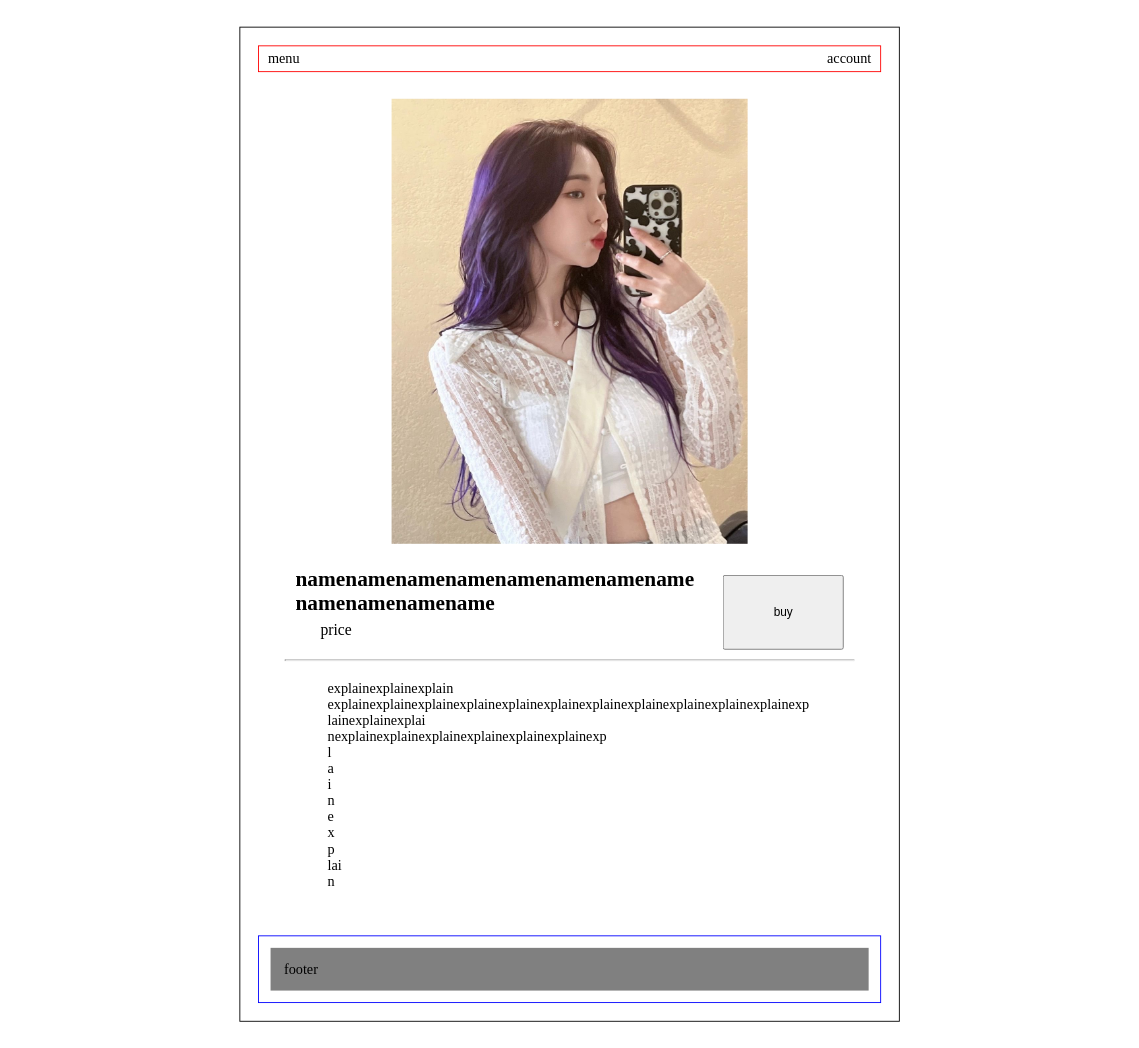
Repository: dongwoon1/cal
Page: http://localhost/calDWC/view.jsp
An editor plug-in stored every save of this project. The page is shown before and after the next save, followed by the edit.
The browser window is 1280 px wide. The pictures show the whole page, at 89% of full size.
The page is served by Tomcat 9.

Above is the page before, as saved 2025-03-20 04:24:50.

### calProject/calDWC/src/main/webapp/view.jsp
<%@ page language="java" contentType="text/html; charset=UTF-8"
    pageEncoding="UTF-8"%>
<!DOCTYPE html>
<html>

	<head>
		<meta charset="UTF-8">
		<title>バイバイハンバイ</title>
		<link href="css/main.css" rel="stylesheet">
		<link href="css/view.css" rel="stylesheet">
	</head>

	<body>
	<main>

		<header>
		   	<span>menu</span>
		   	<span>account</span>
			<!--
			 <na>
				<li>outer</li>
				<li>shirts</li>
				<li>pants</li>
				<li>shoes</li>
				<li>accessories</li>
				<li>account</li>
			 </ul>
		    -->
	  	</header>

		<section>
			<div class="view-container">

				<div class="img-box">
					<img src="img/KakaoTalk_20220502_135428200_03.jpg" alt="">
				</div>

				<div class="content-box">
					<div>
						<div id="name-box"><h2>namenamenamenamenamenamenamenamenamenamenamename</h2></div>
						<div id="price-box">
							<p>price</p>
						</div>
					</div>

					<div id="btn-box">
						<button>buy</button>
					</div>

					<hr>

					<div>
						<p>explainexplainexplain
							explainexplainexplainexplainexplainexplainexplainexplainexplainexplainexplainexplainexplainexplai
							nexplainexplainexplainexplainexplainexplainexp
							l
							a
							i
							n
							e
							x
							p
							lai
							n</p>
					</div>
				</div>

			</div>
	  	</section>

		<footer>
		 	<div>footer</div>
		</footer>

	</main>
	</body>

</html>

### calProject/calDWC/src/main/webapp/css/main.css
@charset "UTF-8";

*{
	  padding: 0; margin: 0;
}

main{
    margin: 30px auto;
    padding: 20px;
    width: 700px;
     	border: 1px solid black;
}

header{
	display: flex;
	justify-content: space-between;
	 	border: 1px solid red;
}

header span{
 	padding: 5px 10px;
}

section{
	padding: 30px;
}

.middle-container{
	padding: 12px 8px;
}

footer{
 	padding: 13px;
  		border: 1px solid blue;
}

footer div{
 	background: gray;
    padding: 15px;
}

### calProject/calDWC/src/main/webapp/css/view.css
@charset "UTF-8";

.view-container{
	width: 100%;
}

.img-box{
    text-align: center;
    width:450px;
    margin:auto;
}

img{
	max-height: 500px;
}

.content-box{
	padding-top: 20px;
	display: flex;
	flex-wrap: wrap;
	justify-content: space-around;
}


/*
.content-box > div:first-of-type {
		border:1px dotted red;
    padding: 4px;
}

.content-box > div:first-of-type h2 {
	word-wrap: break-word;
}



.content-box > div:nth-of-type(2) {
    padding: 8px 14px;
		border:1px dotted blue;
}
 */


.content-box > div:first-of-type{
	width: 75%;
}

#name-box h2{
	padding : 2px 12px;
	word-wrap: break-word;
	font-size: 24px;
}

#price-box{
	position: relative;
	left: 28px;
}

#price-box p{
	padding : 5px 12px 22px;
	font-size: 110%;
}

#btn-box{
	display: flex;
    justify-content: center;
    align-items: center;
}

#btn-box button{
	width: 85%;
	height: 80%;
}

.content-box > div:nth-of-type(2){
	width: 25%;
}

hr{
	width: 100%;
}

.content-box > div:last-of-type {
    padding: 22px 32px;
	width: 85%;
}

.content-box > div:last-of-type p {
	word-wrap: break-word;
    white-space: pre-line;
}

After the next save:
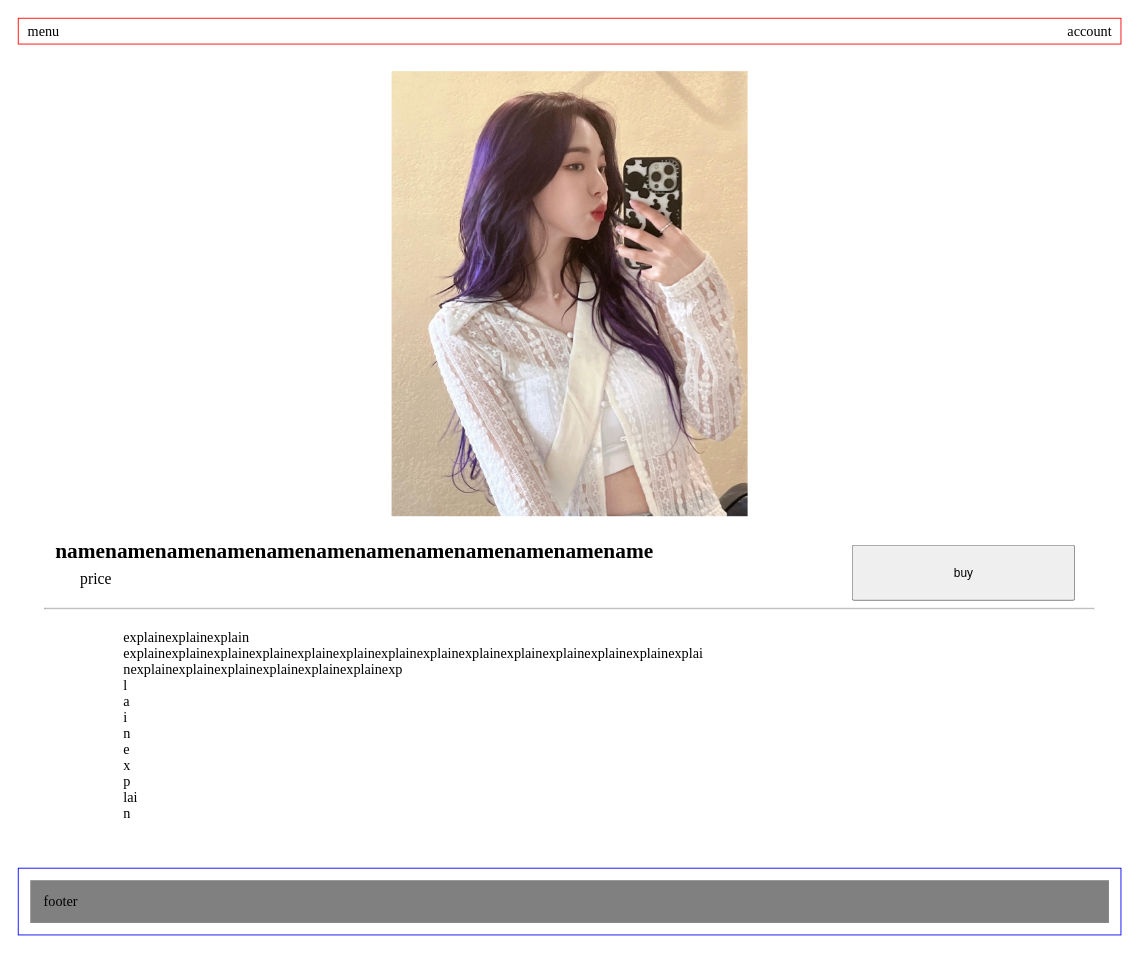
Saved 119 s later.
--- a/calProject/calDWC/src/main/webapp/css/main.css
+++ b/calProject/calDWC/src/main/webapp/css/main.css
@@ -5,10 +5,10 @@
 }
 
 main{
-    margin: 30px auto;
+    //margin: 30px auto;
     padding: 20px;
-    width: 700px;
-     	border: 1px solid black;
+    //width: 700px;
+     	//border: 1px solid black;
 }
 
 header{
